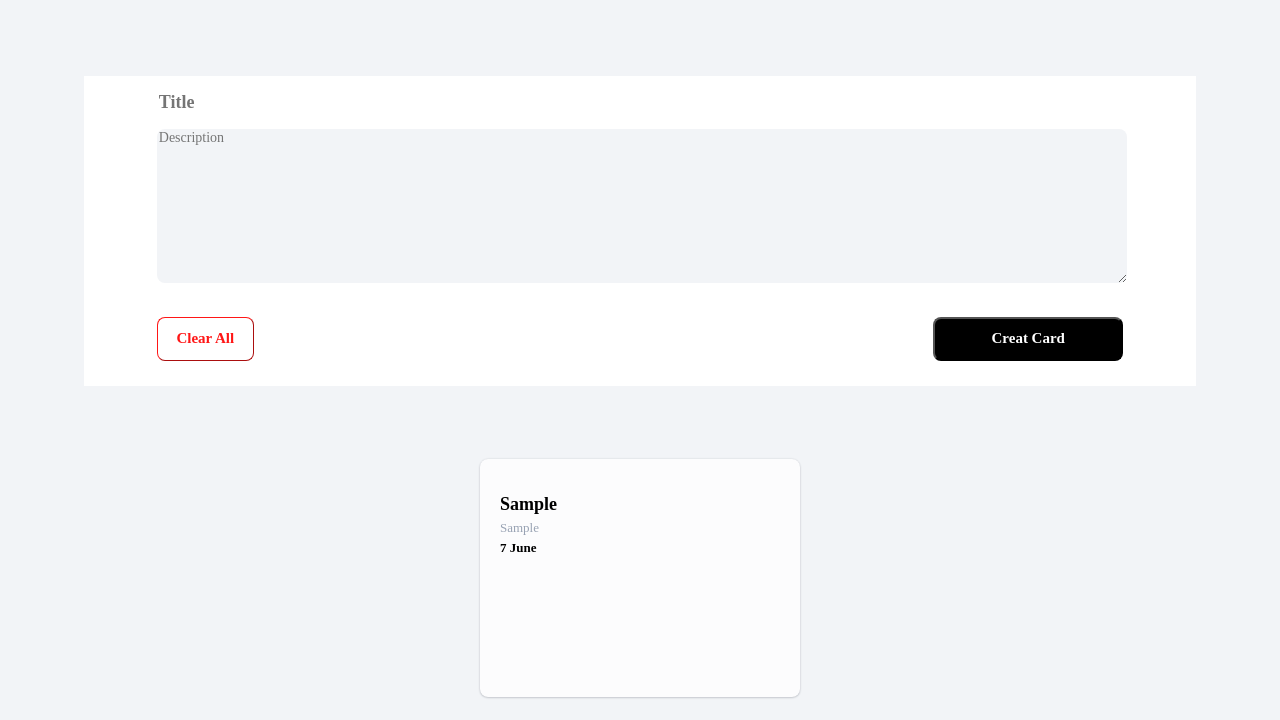
Repository: ReyhanehRahmani/TO-DO
Page: index.html
These files come from the project's save history. The page is drawn as it stood at one moment and after the next save; the edit follows.
The browser window is 1280 px wide. The pictures show the whole page.
Empty fields were first filled with sample values (such as "Sample", 5 or name@example.com).
After loading, the first visible `#creatbut` was clicked once.

Above is the page before, as saved 2025-06-08 10:49:03.

After the next save:
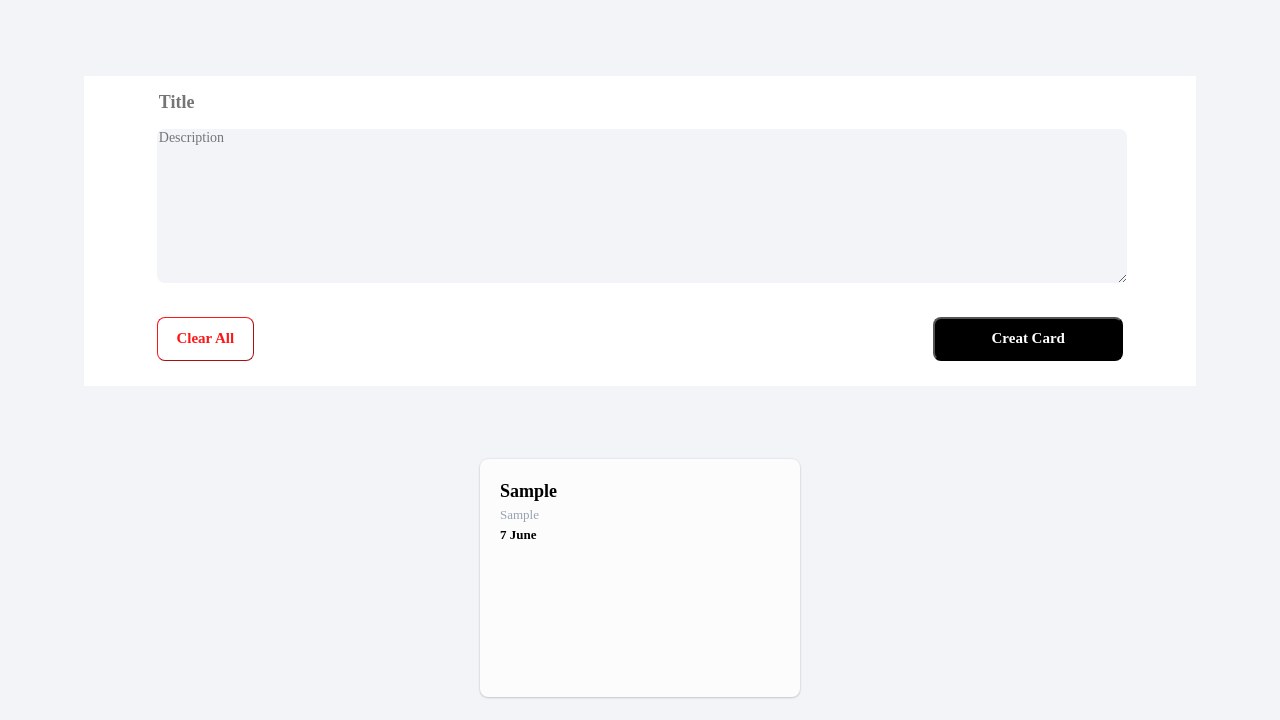
Saved 9 s later.
--- a/style.css
+++ b/style.css
@@ -121,7 +121,7 @@ body{
     line-height: 150%;
     letter-spacing: -2%;
     margin-left: 6.25%;
-    padding-top: 10.1%;
+    padding-top: 6.1%;
 }
 
 .cardDate{
